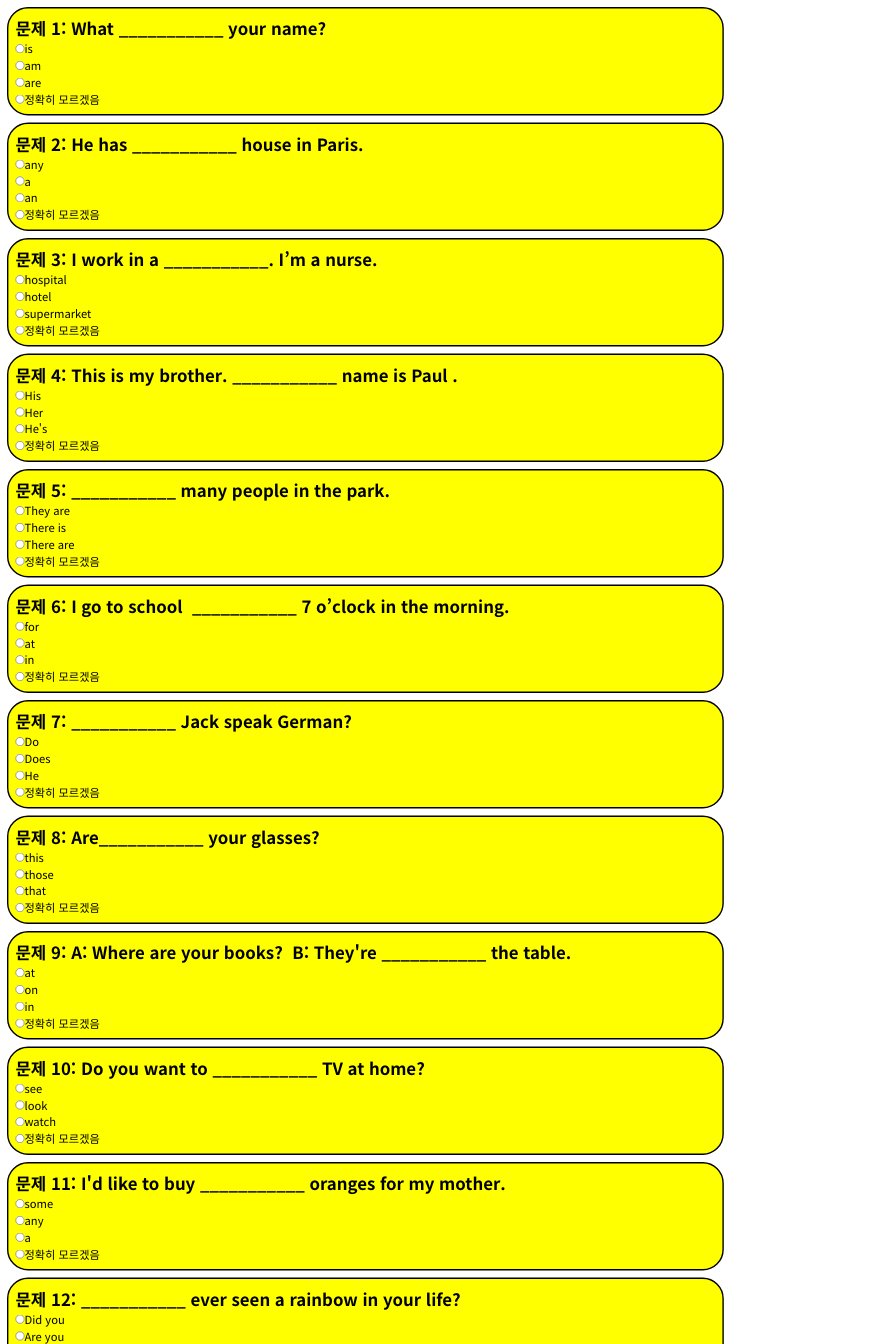
Repository: kmdy7991/Project-TeddyBear
Page: /cefrtest (app in project/)
These files come from the project's save history. The page is drawn as it stood at one moment and after the next save; the edit follows.
The browser window is 1280 px wide. The pictures show the part of the page from y = 0 to 1920 px (the page is 9586 px tall), at 70% of full size.
Some web libraries are served in a nearby version. The project was rebuilt for these pictures with package versions that can differ from the ones it lists, and the page was loaded fresh each time. Also part of the build but not shown: project/src/pages/Login/Login.tsx, project/src/pages/Login/TestGuide.module.css, project/src/pages/Login/TestGuide.tsx, project/src/pages/Login/profil.module.css, project/src/pages/Login/Profil.tsx, project/src/pages/Login/CefrScore.tsx, project/src/components/Nav/Nav.module.css, project/src/components/Nav/Nav.tsx and 37 more.

Above is the page before, as saved 2024-03-25 06:32:13.

After the next save:
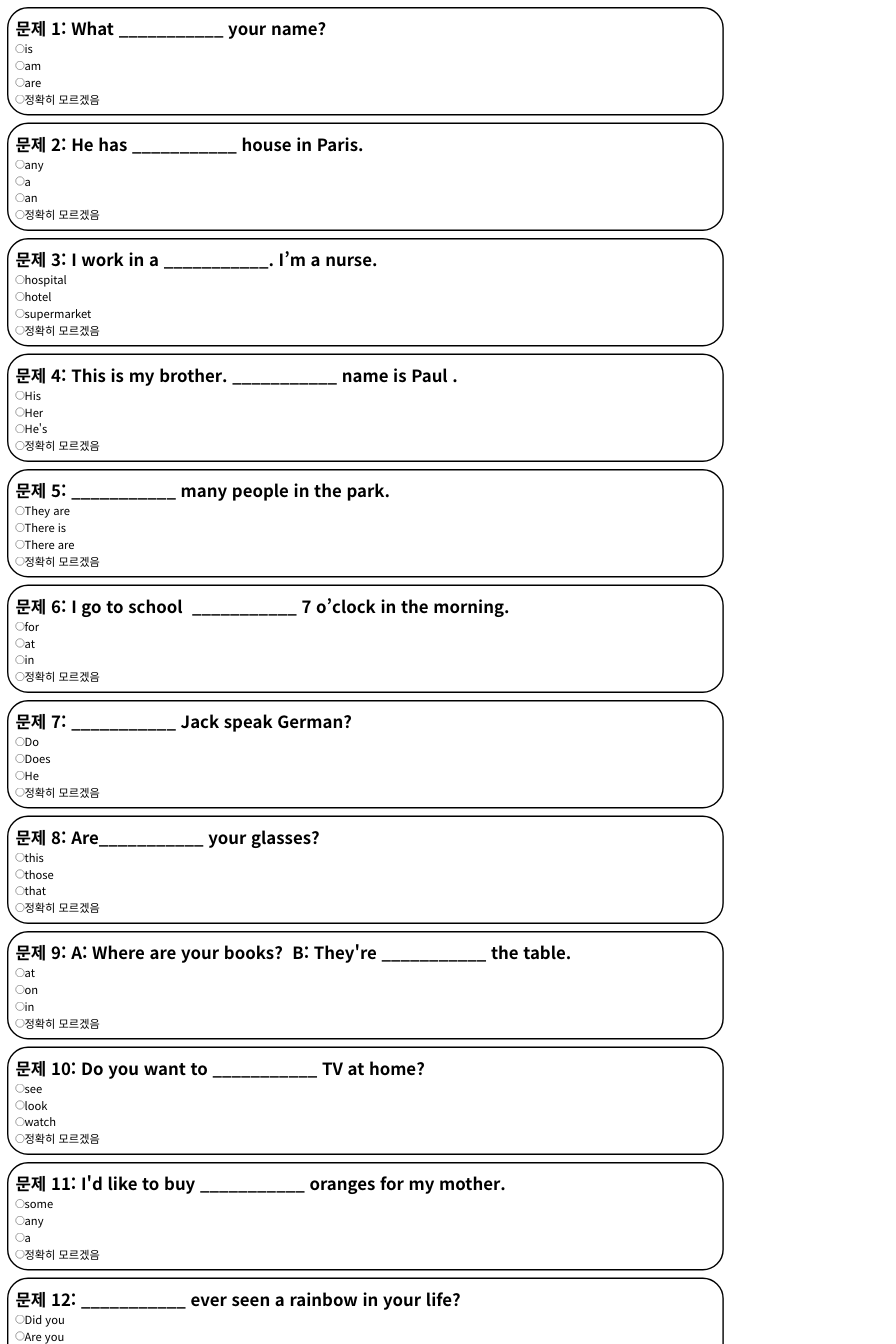
Saved 14 s later.
--- a/project/src/pages/Login/CefrTest.module.css
+++ b/project/src/pages/Login/CefrTest.module.css
@@ -3,6 +3,5 @@
     border-radius: 30px;
     padding: 10px;
     margin: 10px;
-    background-color: yellow;
     width: 1000px;
 }
